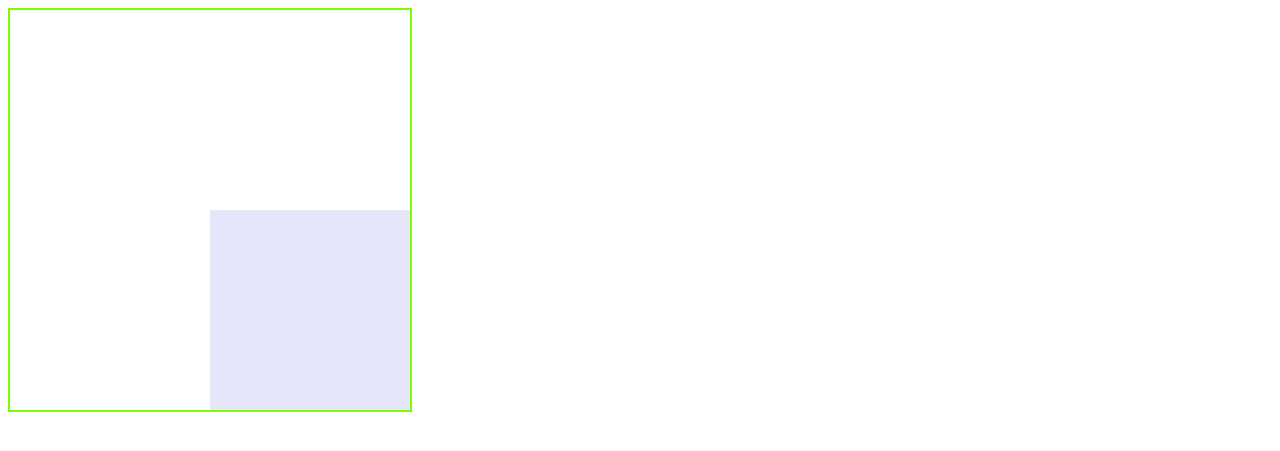
Repository: xzm1997/huntjob
Page: 面试/常见问题/practice/practice_2.html
An editor plug-in stored every save of this project. The page is shown before and after the next save, followed by the edit.
The browser window is 1280 px wide. The pictures show the whole page.

Above is the page before, as saved 2022-06-14 09:23:43.

### 面试/常见问题/practice/practice_2.html
<!DOCTYPE html>
<html lang="en">
<head>
    <meta charset="UTF-8">
    <meta http-equiv="X-UA-Compatible" content="IE=edge">
    <meta name="viewport" content="width=device-width, initial-scale=1.0">
    <title>垂直水平居中</title>
    <style>
        .wp {
            width: 400px;
            height: 400px;
            border: solid lawngreen 2px;
            position: relative;
        }
        .box {
            width: 200px;
            height: 200px;
            background: lavender;
            position: absolute;
            left: 50%;
            top: 50%;
        }
    </style>
</head>
<body>
    <div class="wp">
        <div class="box"></div>
    </div>
</body>
</html>

After the next save:
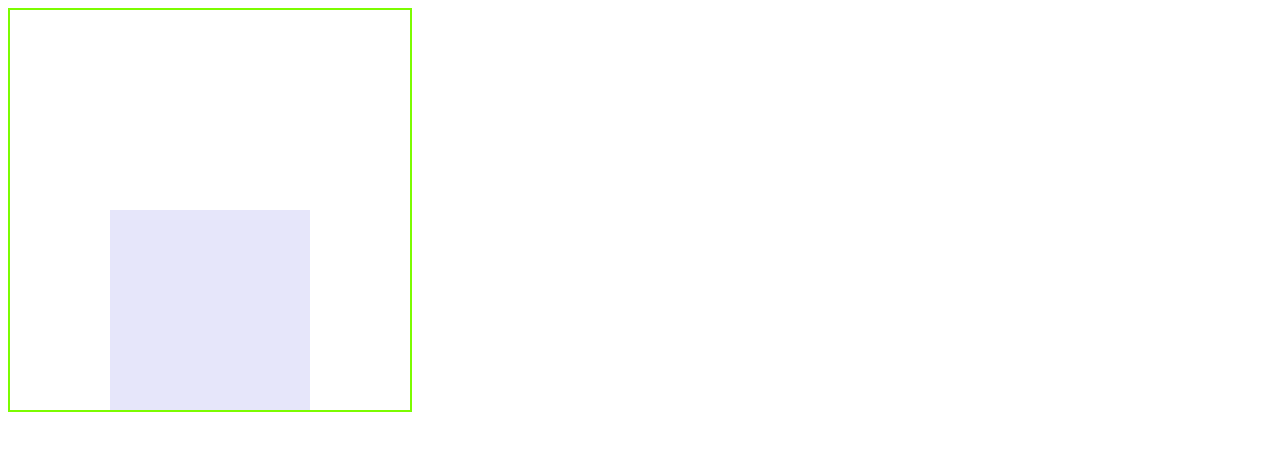
Saved 11 s later.
--- a/面试/常见问题/practice/practice_2.html
+++ b/面试/常见问题/practice/practice_2.html
@@ -19,6 +19,7 @@
             position: absolute;
             left: 50%;
             top: 50%;
+            margin-left: -100px;
         }
     </style>
 </head>
